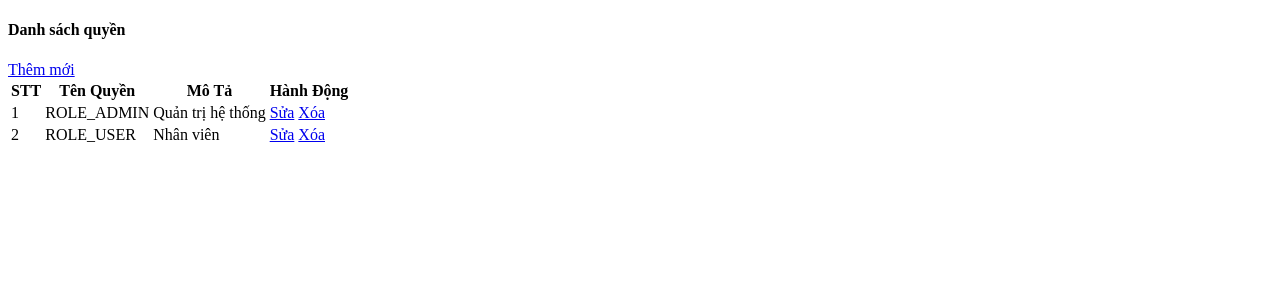
Repository: mindland/CrmApp
Page: http://localhost/CrmApp/WEB-INF/views/role/index.jsp
An editor plug-in stored every save of this project. The page is shown before and after the next save, followed by the edit.
The browser window is 1280 px wide. The pictures show the whole page.
The page is served by Tomcat 9. Nobody is signed in. Other server files are loaded and not shown. The template is opened directly, without the code that normally fills it, so the values that code supplies are empty.

Above is the page before, as saved 2020-09-11 19:53:37.

### CrmApp/WebContent/WEB-INF/views/role/index.jsp
<%@ page language="java" contentType="text/html; charset=UTF-8"
    pageEncoding="UTF-8"%>
<%@ taglib prefix = "c" uri = "http://java.sun.com/jsp/jstl/core" %>
<!DOCTYPE html>
<html>
<head>
<meta charset="UTF-8">
<title>Danh sách quyền</title>
</head>
<body>
	<div class="row bg-title">
		<div class="col-lg-3 col-md-4 col-sm-4 col-xs-12">
			<h4 class="page-title">Danh sách quyền</h4>
		</div>
		<div class="col-lg-9 col-sm-8 col-md-8 col-xs-12 text-right">
			<a href="<c:url value="/role/add"/>" class="btn btn-sm btn-success">Thêm mới</a>
		</div>
		<!-- /.col-lg-12 -->
	</div>
	<!-- /row -->
	<div class="row">
		<div class="col-sm-12">
			<div class="white-box">
				<div class="table-responsive">
					<table class="table" id="example">
						<thead>
							<tr>
								<th>STT</th>
								<th>Tên Quyền</th>
								<th>Mô Tả</th>
								<th>Hành Động</th>
							</tr>
						</thead>
						<tbody>
							<tr>
								<td>1</td>
								<td>ROLE_ADMIN</td>
								<td>Quản trị hệ thống</td>
								<td><a href="#" class="btn btn-sm btn-primary">Sửa</a> <a
									href="#" class="btn btn-sm btn-danger">Xóa</a></td>
							</tr>
							<tr>
								<td>2</td>
								<td>ROLE_USER</td>
								<td>Nhân viên</td>
								<td><a href="#" class="btn btn-sm btn-primary">Sửa</a> <a
									href="#" class="btn btn-sm btn-danger">Xóa</a></td>
							</tr>
						</tbody>
					</table>
				</div>
			</div>
		</div>
	</div>
	<!-- /.row -->
</body>
</html>

After the next save:
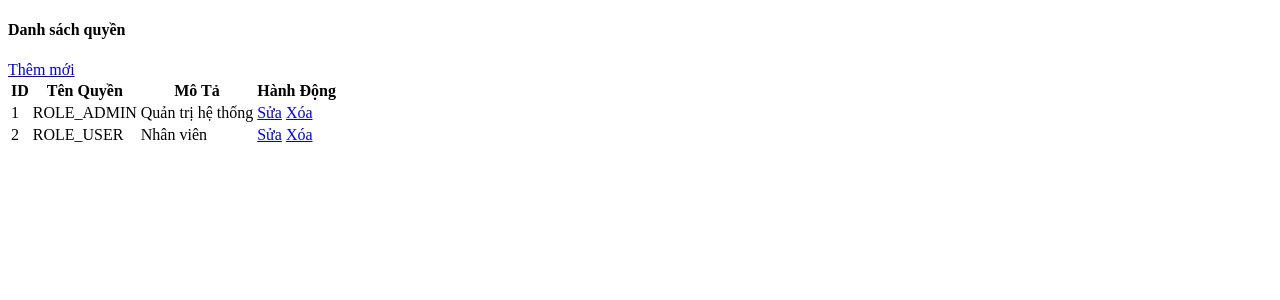
Saved 101 s later.
--- a/CrmApp/WebContent/WEB-INF/views/role/index.jsp
+++ b/CrmApp/WebContent/WEB-INF/views/role/index.jsp
@@ -25,7 +25,7 @@
 					<table class="table" id="example">
 						<thead>
 							<tr>
-								<th>STT</th>
+								<th>ID</th>
 								<th>Tên Quyền</th>
 								<th>Mô Tả</th>
 								<th>Hành Động</th>
